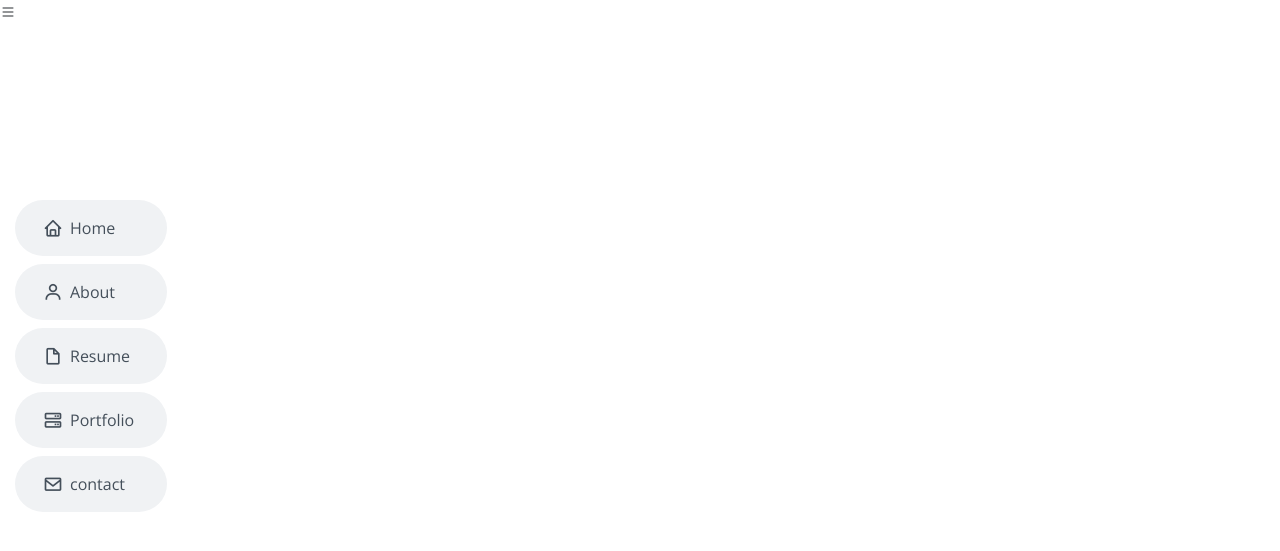
Repository: khainguyen2003/bootstrapmade
Page: header/verticalHeader/index.html
An editor plug-in stored every save of this project. The page is shown before and after a run of saves, followed by the edit.
The browser window is 1280 px wide. The pictures show the whole page.

Above is the page before, as saved 2023-01-09 23:53:18.

After the next 2 saves:
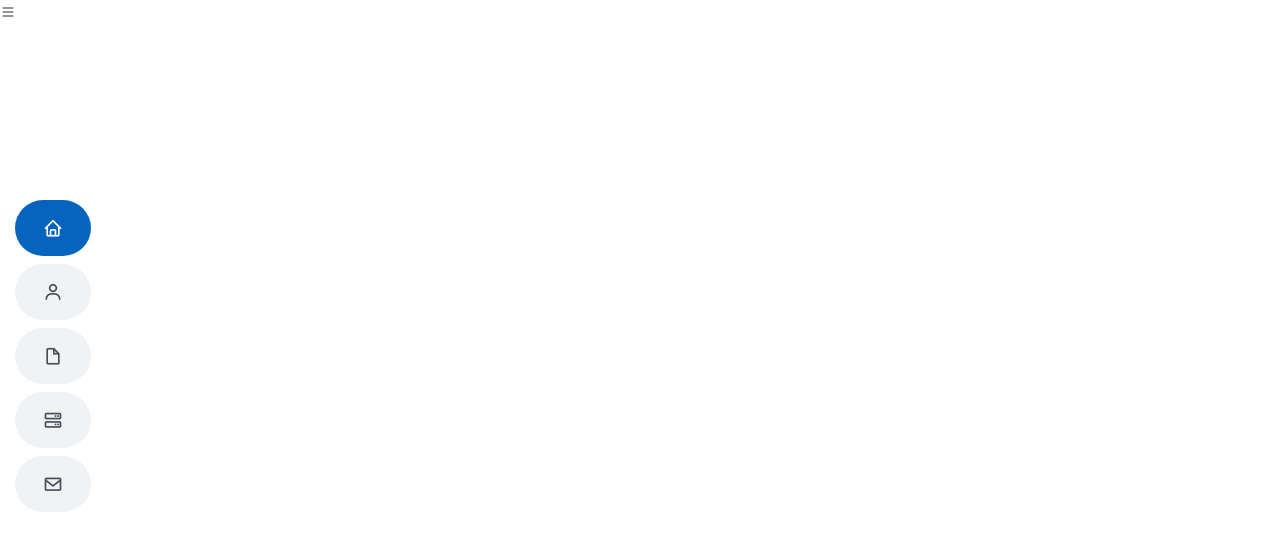
The 2 saves are shown as one change because they came seconds apart.
The last was saved 113 s later.
--- a/header/verticalHeader/style.css
+++ b/header/verticalHeader/style.css
@@ -82,3 +82,41 @@ a:hover {
   padding: 0 5px 0 7px;
   color: hsl(210, 14%, 31%);
 }
+@media (min-width: 992px) {
+  .nav-menu a,
+  .nav-menu a:focus {
+    width: 56px;
+  }
+
+  .nav-menu a span,
+  .nav-menu a:focus span {
+    display: none;
+    color: #fff;
+  }
+}
+
+.nav-menu a:hover,
+.nav-menu .active,
+.nav-menu .active:focus,
+.nav-menu li:hover > a {
+  color: #fff;
+  background: hsl(209, 95%, 38%);
+}
+
+.nav-menu a:hover span,
+.nav-menu .active span,
+.nav-menu .active:focus span,
+.nav-menu li:hover > a span {
+  color: #fff;
+}
+
+.nav-menu a:hover,
+.nav-menu li:hover > a {
+  width: 100%;
+  color: #fff;
+}
+
+.nav-menu a:hover span,
+.nav-menu li:hover > a span {
+  display: block;
+}
